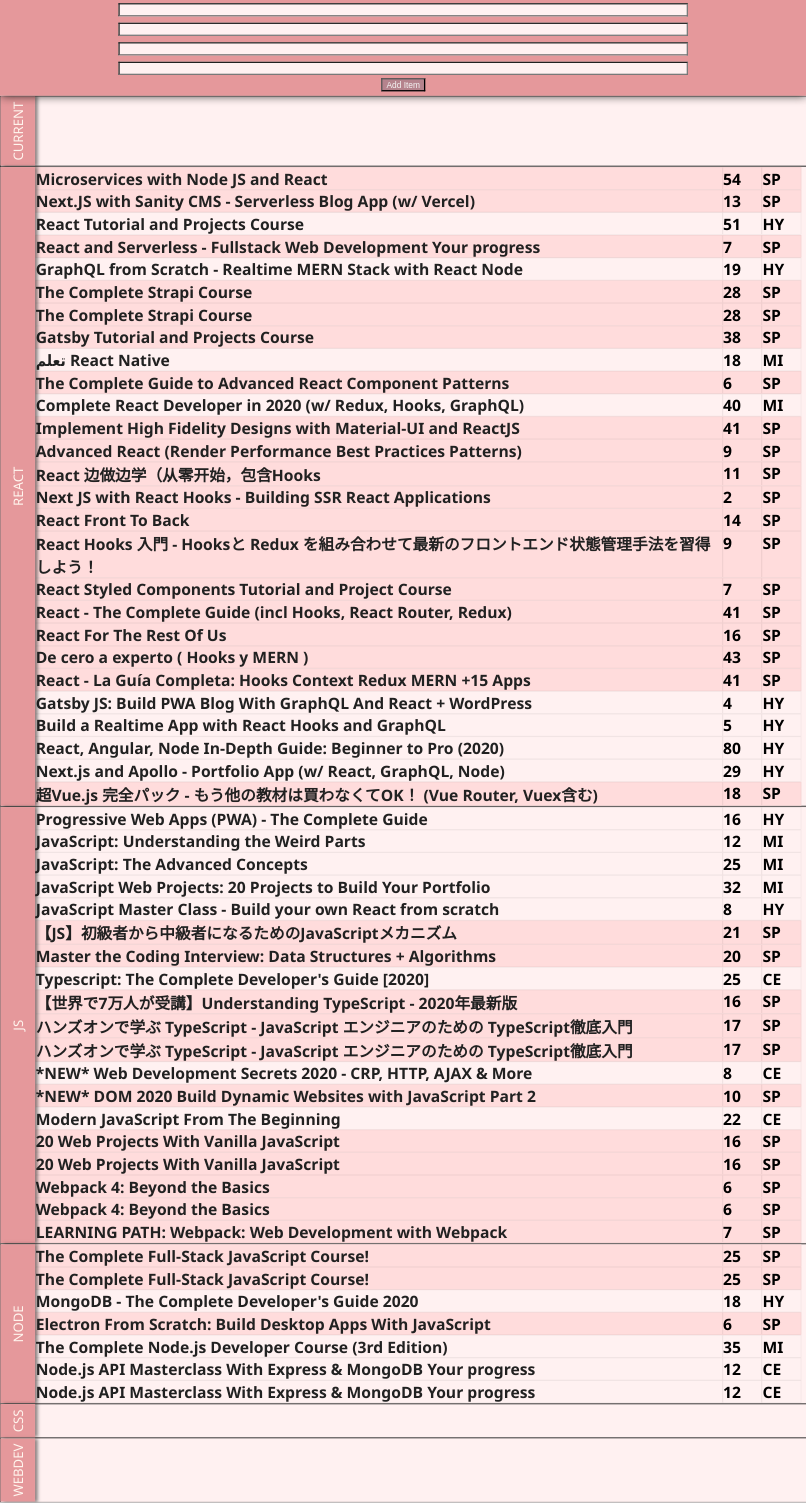
Repository: ClementLight/plan
Page: codicrs.html
The author's editor kept a copy of each file at every save. The page is drawn from the files as they stood at one save, then again after the next save.
The browser window is 1280 px wide. The pictures show the whole page, at 63% of full size.

Above is the page before, as saved 2020-09-01 14:40:01.

After the next save:
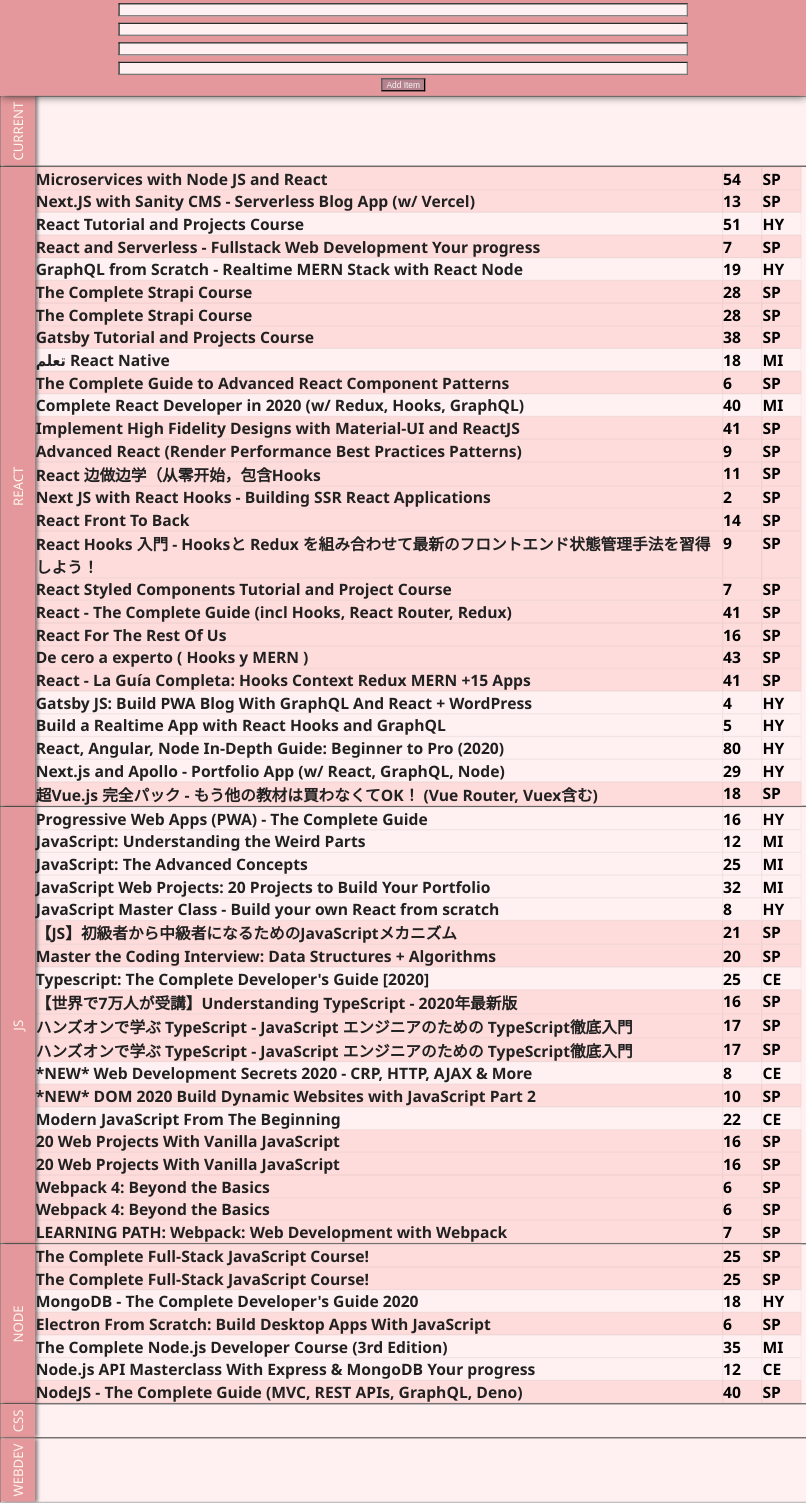
Saved 20 s later.
--- a/jsondata.js
+++ b/jsondata.js
@@ -508,9 +508,9 @@
     id: "52",
     subject: "Node",
     tags: "Node",
-    hours: 12,
-    account: "CE",
-    title: "Node.js API Masterclass With Express & MongoDB Your progress",
+    hours: 40,
+    account: "SP",
+    title: "NodeJS - The Complete Guide (MVC, REST APIs, GraphQL, Deno)",
     url: "https://www.udemy.com/course/nodejs-api-masterclass/learn/lecture/16581402?start=0#overview",
   },
 ]
